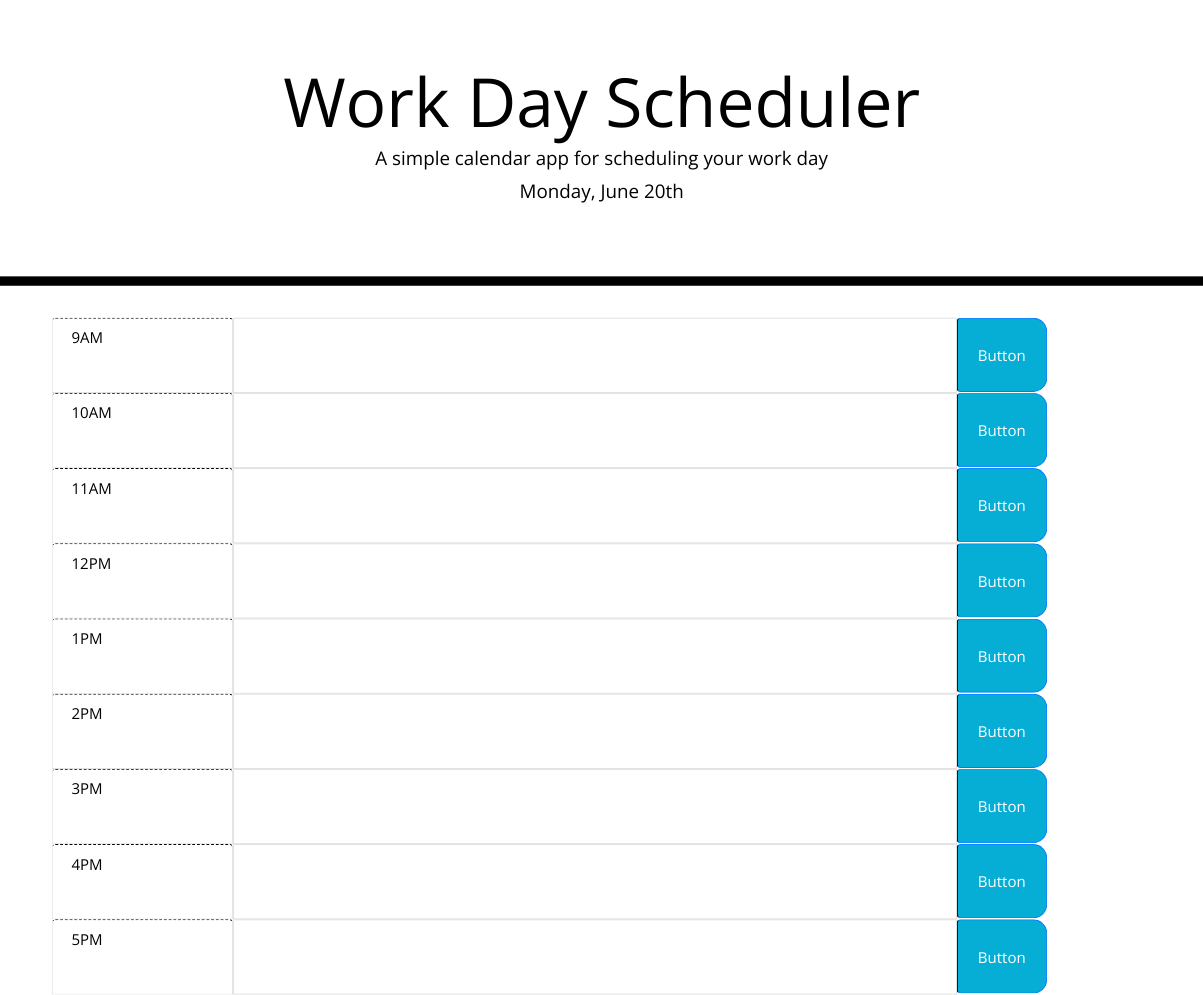
Repository: dtierney21/work-day-scheduler
Page: index.html
The author's editor kept a copy of each file at every save. The page is drawn from the files as they stood at one save, then again after the next save.
The browser window is 1280 px wide. The pictures show the whole page, at 94% of full size.
Some web libraries are served in a nearby version.

Above is the page before, as saved 2022-06-28 12:17:13.

After the next save:
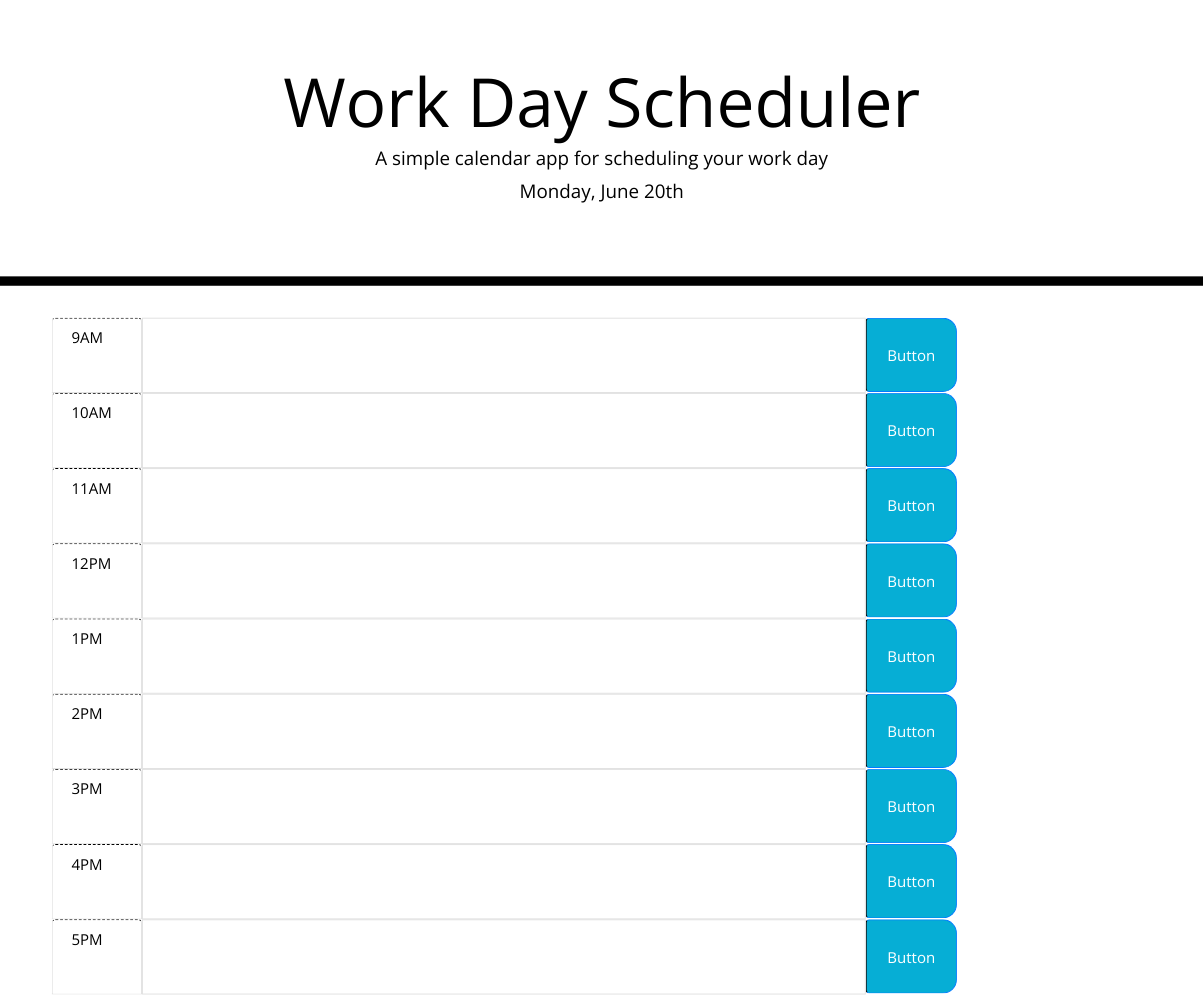
Saved 64 s later.
--- a/index.html
+++ b/index.html
@@ -33,47 +33,47 @@
       <!-- Timeblocks go here -->
             <ul class="list-group col-12">
                 <div class="row">
-                    <li class="list-group-item hour col-2">9AM</li>
+                    <li class="list-group-item hour col-1">9AM</li>
                     <li class="list-group-item col-8"></li>
                     <button class="btn btn-primary  saveBtn col-1" type="submit">Button</button>
                 </div>
                 <div class="row">
-                    <li class="list-group-item hour col-2">10AM</li>
+                    <li class="list-group-item hour col-1">10AM</li>
                     <li class="list-group-item col-8"></li>
                     <button class="btn btn-primary  saveBtn col-1" type="submit">Button</button>
                 </div>
                 <div class="row">
-                    <li class="list-group-item hour col-2">11AM</li>
+                    <li class="list-group-item hour col-1">11AM</li>
                     <li class="list-group-item col-8"></li>
                     <button class="btn btn-primary  saveBtn col-1" type="submit">Button</button>
                 </div>
                 <div class="row">
-                    <li class="list-group-item hour col-2">12PM</li>
+                    <li class="list-group-item hour col-1">12PM</li>
                     <li class="list-group-item col-8"></li>
                     <button class="btn btn-primary  saveBtn col-1" type="submit">Button</button>
                 </div>
                 <div class="row">
-                    <li class="list-group-item hour col-2">1PM</li>
+                    <li class="list-group-item hour col-1">1PM</li>
                     <li class="list-group-item col-8"></li>
                     <button class="btn btn-primary  saveBtn col-1" type="submit">Button</button>
                 </div>
                 <div class="row">
-                    <li class="list-group-item hour col-2">2PM</li>
+                    <li class="list-group-item hour col-1">2PM</li>
                     <li class="list-group-item col-8"></li>
                     <button class="btn btn-primary  saveBtn col-1" type="submit">Button</button>
                 </div>
                 <div class="row">
-                    <li class="list-group-item hour col-2">3PM</li>
+                    <li class="list-group-item hour col-1">3PM</li>
                     <li class="list-group-item col-8"></li>
                     <button class="btn btn-primary  saveBtn col-1" type="submit">Button</button>
                 </div>
                 <div class="row">
-                    <li class="list-group-item hour col-2">4PM</li>
+                    <li class="list-group-item hour col-1">4PM</li>
                     <li class="list-group-item col-8"></li>
                     <button class="btn btn-primary  saveBtn col-1" type="submit">Button</button>
                 </div>
                 <div class="row">
-                    <li class="list-group-item hour col-2">5PM</li>
+                    <li class="list-group-item hour col-1">5PM</li>
                     <li class="list-group-item col-8"></li>
                     <button class="btn btn-primary  saveBtn col-1" type="submit">Button</button>
                 </div>
